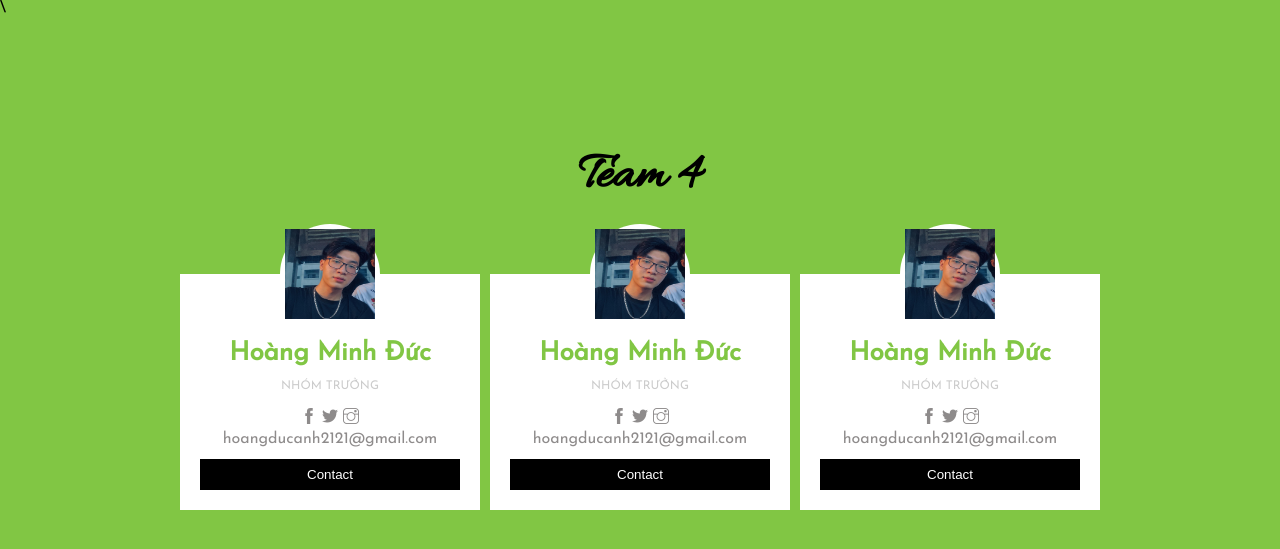
Repository: DuckyNumberONS/webcanhan
Page: index.html
These files come from the project's save history. The page is drawn as it stood at one moment and after the next save; the edit follows.
The browser window is 1280 px wide. The pictures show the whole page.

Above is the page before, as saved 2022-10-03 07:46:01.

After the next save:
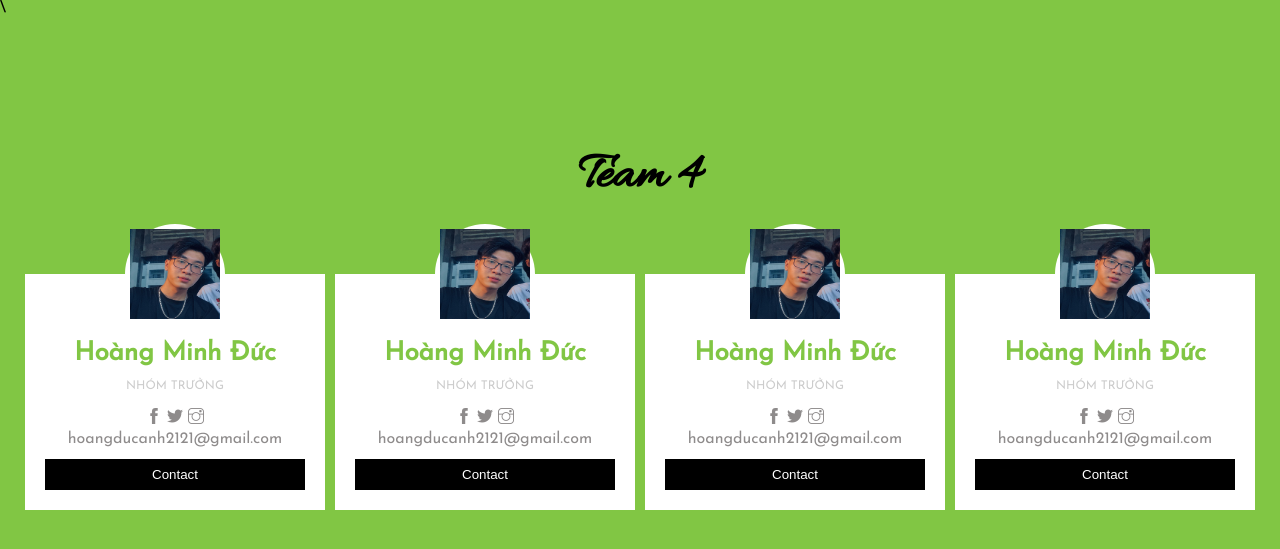
Saved 10 s later.
--- a/index.html
+++ b/index.html
@@ -59,6 +59,22 @@
             <button class="button"><a href="#"></a>Contact</button>
           </p>
         </div>
+        <div class="team_member">
+          <div class="team_img">
+            <img src="team1.png" alt="Team_image" />
+          </div>
+          <h3>Hoàng Minh Đức</h3>
+          <p class="role">Nhóm trưởng</p>
+          <div class="mxh">
+            <i class="icon-nav ti-facebook"><a href="#"></a></i>
+            <i class="icon-nav ti-twitter-alt"><a href="#"></a></i>
+            <i class="icon-nav ti-instagram"><a href="#"></a></i>
+          </div>
+          <p>hoangducanh2121@gmail.com</p>
+          <p>
+            <button class="button"><a href="#"></a>Contact</button>
+          </p>
+        </div>
       </div>
     </div>
   </body>
